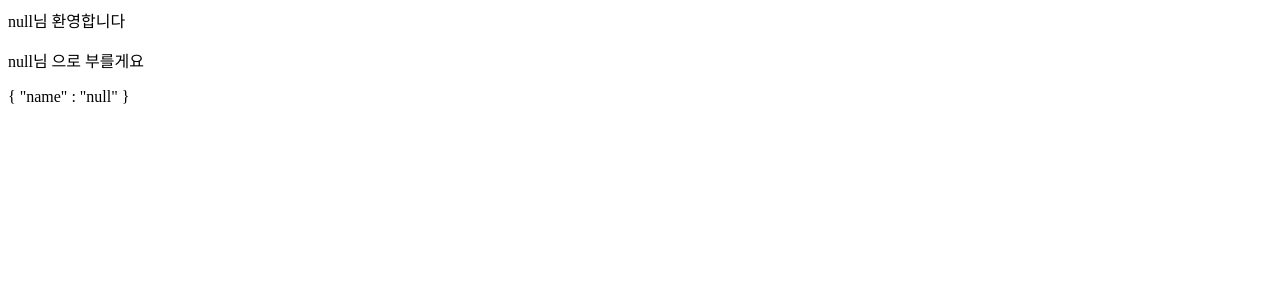
Repository: prawniel99/05_JQuery
Page: http://localhost/jqpro/비동기_XMLR_promise/ddfdf.jsp
An editor plug-in stored every save of this project. The page is shown before and after the next save, followed by the edit.
The browser window is 1280 px wide. The pictures show the whole page.
The page is served by Tomcat 9.

Above is the page before, as saved 2024-08-23 01:40:50.

After the next save:
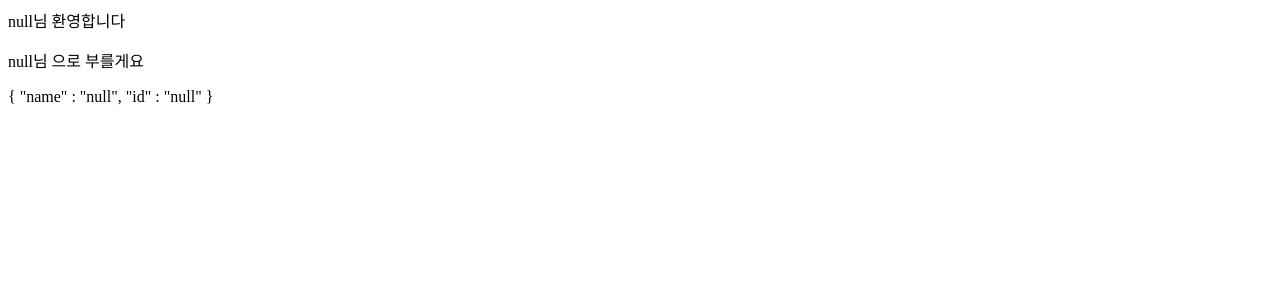
Saved 11 s later.
--- a/workspace/jqpro/WebContent/비동기_XMLR_promise/ddfdf.jsp
+++ b/workspace/jqpro/WebContent/비동기_XMLR_promise/ddfdf.jsp
@@ -18,5 +18,6 @@
 <p><%= userId %>님 으로 부를게요</p>
 
 {
-	"name" : "<%= userName %>"
+	"name" : "<%= userName %>",
+	"id" : "<%= userId %>"
 }
